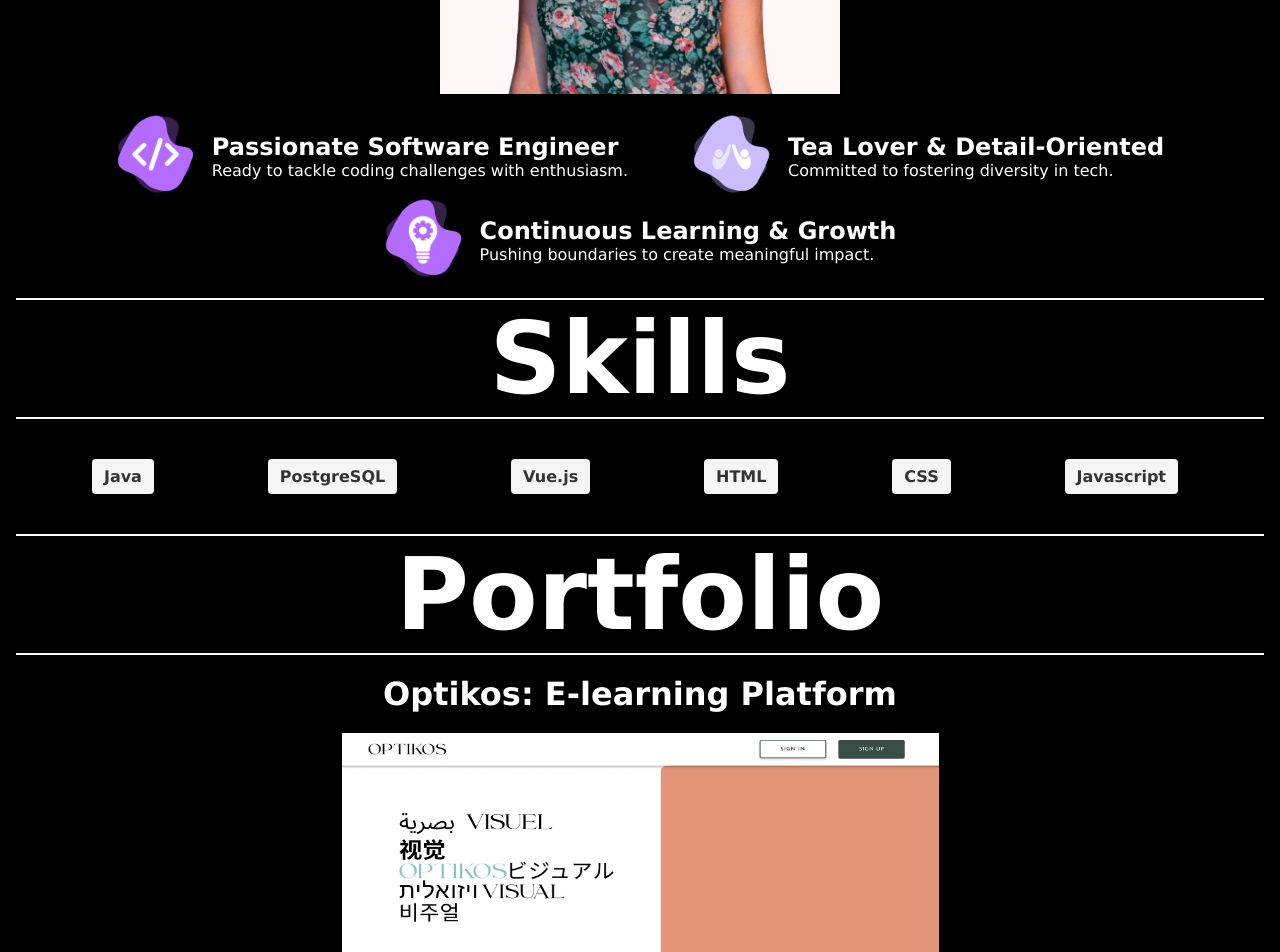
Repository: woodsdeshe/portfolio
Page: index.html
An editor plug-in stored every save of this project. The page is shown before and after the next save, followed by the edit.
The browser window is 1280 px wide. The pictures show the part of the page from y = 1192 to 2144 px (the page is 2547 px tall).
A picture or video elsewhere on the page could not be fetched, so the positions and the page height are approximate. Some web fonts or font styles are not loaded; a fallback is used.

Above is the page before, as saved 2023-06-11 16:05:07.

### index.html
<!DOCTYPE html>
<html lang="en">
<head>
    <meta charset="UTF-8">
    <meta http-equiv="X-UA-Compatible" content="IE=edge">
    <meta name="viewport" content="width=device-width, initial-scale=1.0">
    <title data-aos="fade-down">DeShe Woods | Software Engineer</title>
    <link rel="stylesheet" href="style.css">
    <link rel="stylesheet" href="https://cdnjs.cloudflare.com/ajax/libs/aos/2.3.4/aos.css" />
</head>
<body>
    <div class="container">
        <video autoplay muted loop>
            <source src="./images/pexels-crazy-motions-11738195-1920x1080-24fps.mp4" type="video/mp4">
        </video>
        <div class="header">
            <h1>DESHE WOODS</h1>
        </div>
    </div>
    <div class="subheader">
        <h3>SOFTWARE ENGINEER | VISUAL ARTIST</h3>
    </div>
    <nav class="navbar">
        <ul>
            <li><a href="#about">About</a></li>
            <li><a href="#skills">Skills</a></li>
            <li><a href="#portfolio">Portfolio</a></li>
            <li><a href="#contact">Contact</a></li>
        </ul>
    </nav>
    <div class="headshot" data-aos="fade-up">
        <img src="./images/Headshot.jpg" alt="Picture of DeShe Woods">
    </div>
    <div class="about-me" data-aos="fade-up">
        <div class="about-container">
            <div class="logo">
                <img src="./images/code-logo.png" alt="Software Engineer Logo">
            </div>
            <div class="about-content">
                <h2>Passionate Software Engineer</h2>
                <p>Ready to tackle coding challenges with enthusiasm.</p>
            </div>
        </div>
        <div class="about-container">
            <div class="logo">
                <img src="./images/diversity-logo.png" alt="Tea Lover Logo">
            </div>
            <div class="about-content">
                <h2>Tea Lover & Detail-Oriented</h2>
                <p>Committed to fostering diversity in tech.</p>
            </div>
        </div>
        <div class="about-container">
            <div class="logo">
                <img src="./images/gears-logo.png" alt="Continuous Learning Logo">
            </div>
            <div class="about-content">
                <h2>  Continuous Learning & Growth</h2>
                <p>Pushing boundaries to create meaningful impact.</p>
            </div>
        </div>
    </div>


    <div class="skills-header">
        <h1 id="skills">Skills</h1>
    </div>
    <div class="skills-content" data-aos="fade-up">
        <span class="skill">Java</span>
        <span class="skill">PostgreSQL</span>
        <span class="skill">Vue.js</span>
        <span class="skill">HTML</span>
        <span class="skill">CSS</span>
        <span class="skill">Javascript</span>
    </div>
    <div class="portfolio-header">
        <h1 id="portfolio">Portfolio</h1>
    </div>
    <div class="optikos" data-aos="fade-up">
        <h1>Optikos: E-learning Platform</h1>
        <img src="./images/Screenshot (6).png" alt="Screenshot of Optikos home page">
    </div>
    <div class="contact" id="contact">
        <h2>Contact</h2>
    </div>
   <footer>
    <a href="#">LinkedIn</a> |
    <a href="#">Github</a> |
    <a href="#">Email</a>
   </footer>

   <script src="https://cdnjs.cloudflare.com/ajax/libs/jquery/3.6.0/jquery.min.js"></script>
   <script src="https://cdnjs.cloudflare.com/ajax/libs/aos/2.3.4/aos.js"></script>
   <script>
     AOS.init();
   </script>
</body>
</html>

### style.css
@import url('https://fonts.googleapis.com/css2?family=Climate+Crisis&display=swap');

* {
    margin: 0;
    padding: 0;
    box-sizing: border-box;
}

body:not(.container) {
    background-color: #000;
    font-family: Verdana, Geneva, Tahoma, sans-serif;
    color: white;
    overflow-y: scroll;
}

.container {
    width: 100%;
    min-height: 100vh;
    position: relative;
    overflow: hidden;
}

.container video {
    height: 100%;
    width: 100%;
}

.header h1{
    font-family:'Climate Crisis', cursive, Verdana;
    font-size: 200px;
    font-weight: 900;
    text-align: center;
    color: white;
    position: absolute;
    top: 0;
    left:0;
    background: #000;
    height: 100%;
    width: 100%;
    display:flex;
    align-items: center;
    justify-content: center;
    flex-wrap: wrap;
    mix-blend-mode: multiply;
}

.subheader {
    border-top: 2px solid white;
    border-bottom: 2px solid white;
    padding: 1rem;
    text-align: center;
    font-size: 40px;
}

.navbar {
    background-color: #000;
    padding: 1rem;
    text-align: center;
}

.navbar ul {
    list-style-type: none;
}

.navbar li {
    display: inline-block;
    margin-right: 1rem;
}

.navbar a {
    text-decoration: none;
    color: white;
    font-size: 20px;
    font-weight: bold;
    padding: 0.5rem 1rem;
}

.navbar a:hover {
    background-color: #b46bff;
    border-radius: 5px;
}


.headshot img {
    height:400px;
    width: 400px;
    align-content: center;
    display:block;
    margin-left: auto;
    margin-right: auto;
    margin-top: 20px;
    margin-bottom: 20px;
}


.about-me {
    display: flex;
    flex-wrap: wrap;
    justify-content: center;
}

.about-container {
    display: flex;
    align-items: center;
    margin: 0 2rem;
}

.logo img {
    height: 80px;
    width: 80px;
}

.about-content {
    margin-left: 1rem;
}

.portfolio-header, .skills-header, .contact h2 {
    font-size: 50px;
    text-align: center;
    border-top: 2px solid white;
    border-bottom: 2px solid white;
    margin: 1rem
}

.skills-content {
    display: flex;
    flex-direction: row;
    justify-content: space-around;
    margin: 40px;
}

.skill {
    display: inline-block;
    padding: 8px 12px; /* Adjust the padding according to your preference */
    margin-right: 10px; /* Adjust the spacing between skill elements */
    font-size: 16px; /* Adjust the font size */
    font-weight: bold; /* Adjust the font weight */
    text-decoration: none;
    color: #333; /* Adjust the text color */
    background-color: #f5f5f5; /* Adjust the background color */
    border-radius: 4px;
    transition: background-color 0.3s ease; /* Add a smooth transition effect */
  }

  .skill:hover {
    background-color: #ddd; /* Change the background color on hover */
  }


.portfolio {
    display: flex;
    flex-direction: column;
}

.optikos img {
   width: 597px;
   height: 500px;
   display: block;
   margin-left: auto;
    margin-right: auto;
    margin-bottom: 20px;
}


.optikos h1 {
    text-align: center;
    margin: 20px;
}

.optikos p {
    grid-area: "optikos-content";
}

.contact h2{
    font-size: 50px
}

footer {
    display: flex;
    justify-content: center;
    font-size: 20px;
}

footer a {

        box-shadow: inset 0 0 0 0 #54b3d6;
        color: white;
        margin: 0 -.25rem;
        padding: 0 .25rem;
        transition: color .3s ease-in-out, box-shadow .3s ease-in-out;
}

footer a:hover {
    box-shadow: inset 100px 0 0 0 #54b3d6;
    color: white;
}

@media screen and (max-width: 768px) {
.container {
        min-height: auto;
        height: 100vh;
    }
    .container video {
        height: auto;
        width: 100%;
    }

    .about-me {
        flex-direction: column;
        align-items: center;
    }

    .about-container {
        margin: 1rem 0;
    }

    .about-content {
        margin-left: 0;
        margin-top: 1rem;
    }
}

body:not(.container) {
    overflow-x: hidden;
}

After the next save:
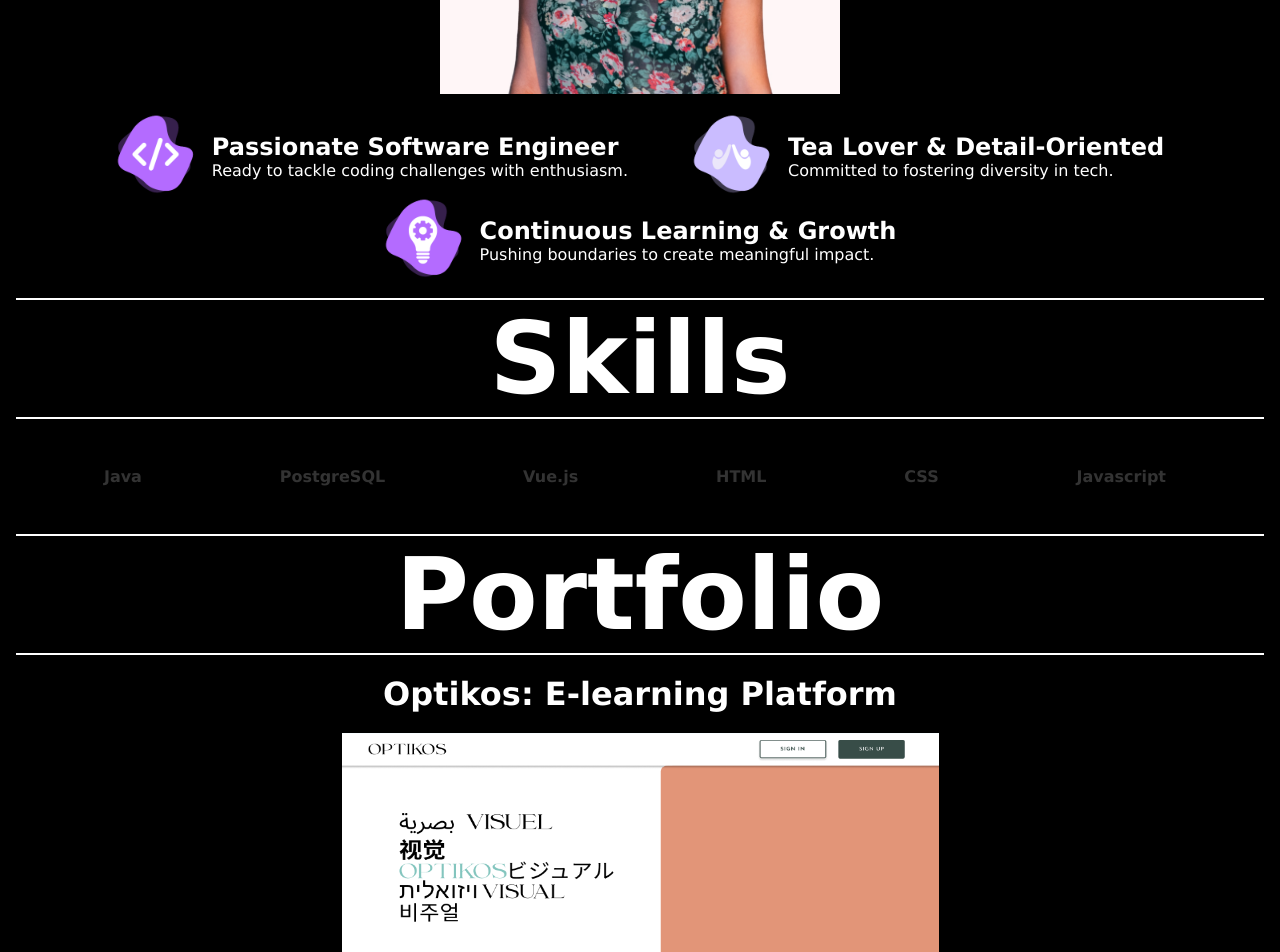
Saved 22 s later.
--- a/style.css
+++ b/style.css
@@ -137,7 +137,6 @@ body:not(.container) {
     font-weight: bold; /* Adjust the font weight */
     text-decoration: none;
     color: #333; /* Adjust the text color */
-    background-color: #f5f5f5; /* Adjust the background color */
     border-radius: 4px;
     transition: background-color 0.3s ease; /* Add a smooth transition effect */
   }
